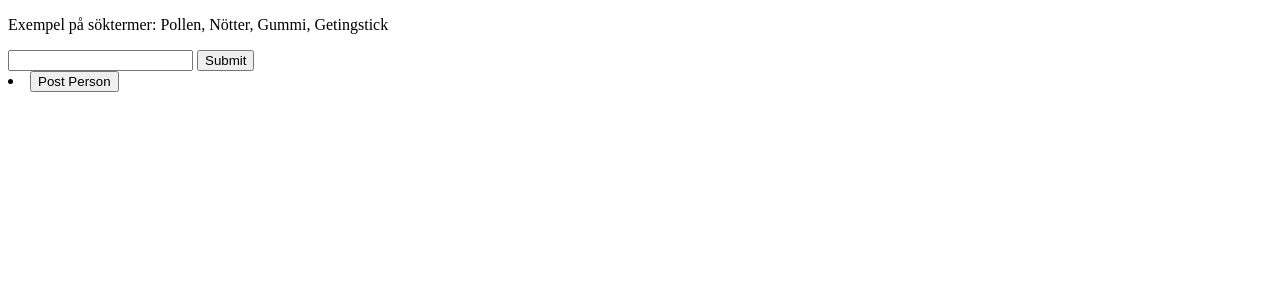
Repository: Dazing/MedImager
Page: server/ExaminationServer/ExaminationServer/src/main/webapp/indexTemp.html
These files come from the project's save history. The page is drawn as it stood at one moment and after a run of saves; the edit follows.
The browser window is 1280 px wide. The pictures show the whole page.
Some web libraries are served in a nearby version.

Above is the page before, as saved 2017-03-30 12:12:37.

After the next 2 saves:
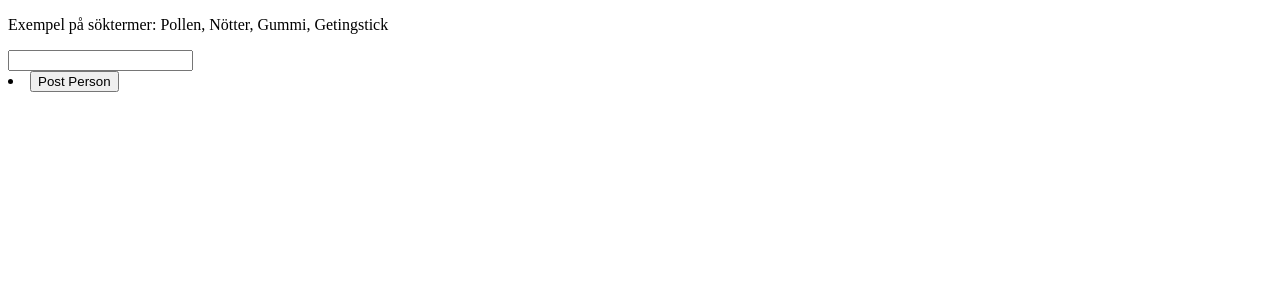
Console error: SyntaxError: Unexpected identifier '$'
The 2 saves are shown as one change because they came seconds apart.
The last was saved 2 min 1 s later.
--- a/server/ExaminationServer/ExaminationServer/src/main/webapp/indexTemp.html
+++ b/server/ExaminationServer/ExaminationServer/src/main/webapp/indexTemp.html
@@ -11,7 +11,7 @@ $(function(){
         $.ajax({
             url: ctxPath+"/api/collection",
             type: "POST",
-            data: '{"examinationID":"Michael", "index":"0"}',
+            data: '{"examinationID":'$(searchTerm).getValue', "index":"0"}',
             contentType: "application/json",
             cache: false,
             dataType: "text"
@@ -24,7 +24,6 @@ $(function(){
 <body>
 <p> Exempel på söktermer: Pollen, Nötter, Gummi, Getingstick</p>
 <input type=text id="searchTerm">
-<input type="submit" onclick="resultJSON();">
 <li><button id="postPerson">Post Person</button></li>
 <div id="imgContainer">
 </div>
